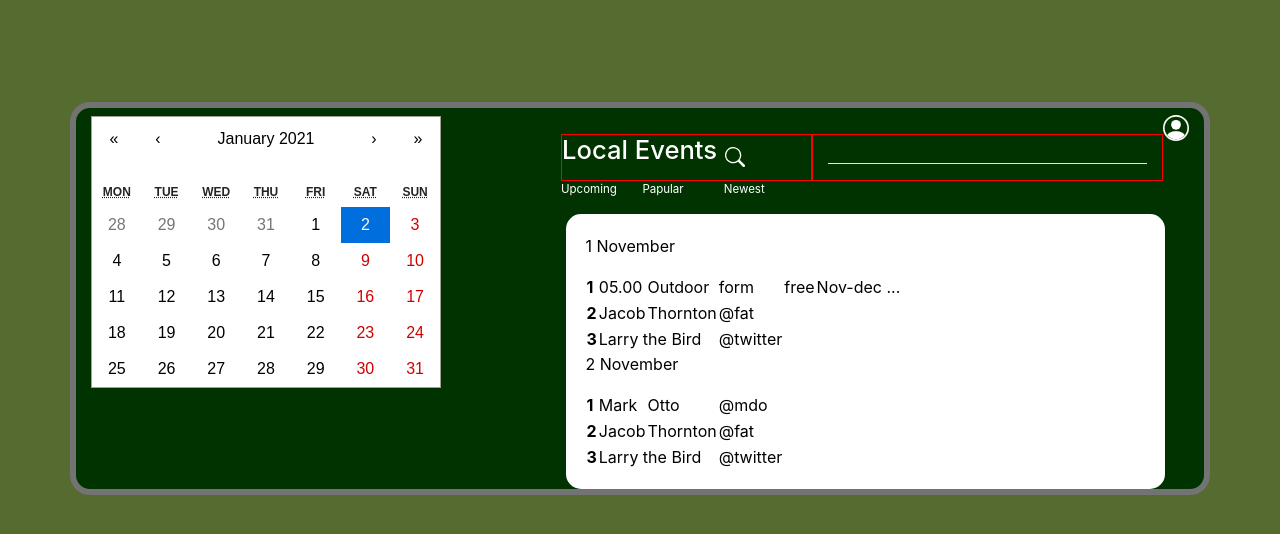
Repository: lalji-yadav/Calendar-code
Page: /
An editor plug-in stored every save of this project. The page is shown before and after the next save, followed by the edit.
The browser window is 1280 px wide. The pictures show the whole page.
The project was rebuilt for these pictures with package versions that can differ from the ones it lists, and the page was loaded fresh each time. Also part of the build but not shown: src/App.css.

Above is the page before, as saved 2021-01-04 10:50:24.

After the next save:
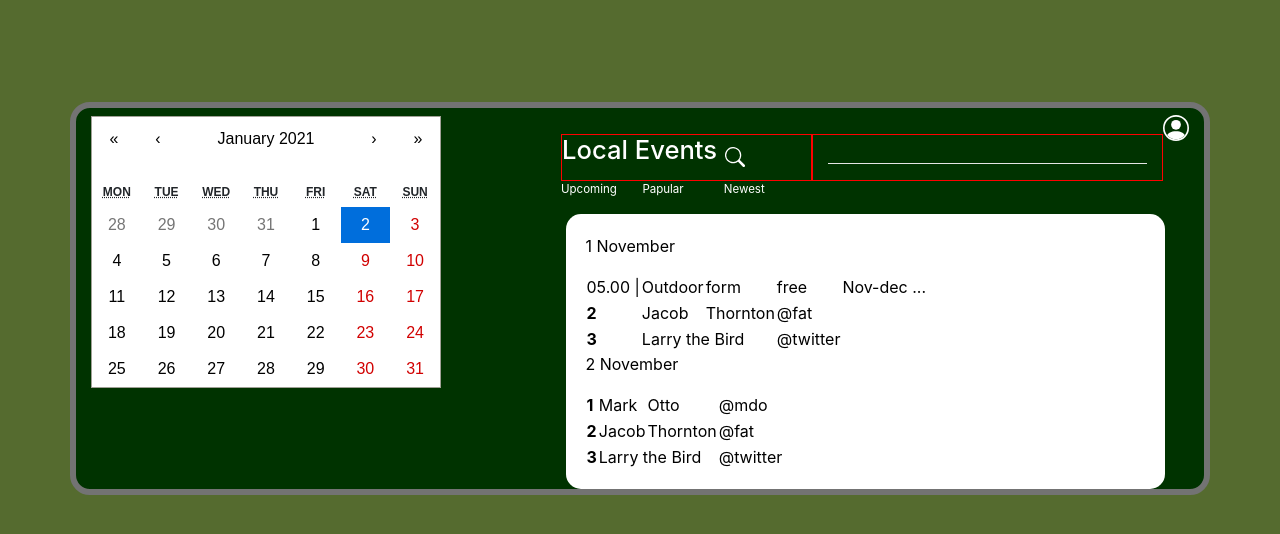
Saved 31 s later.
--- a/src/calendar/Home.js
+++ b/src/calendar/Home.js
@@ -59,8 +59,7 @@ function Home() {
 
                     <tbody>
                       <tr>
-                        <th scope="row">1</th>
-                        <td>05.00</td>
+                        <td>05.00 |</td>
                         <td>Outdoor</td>
                         <td>form</td>
                         <td>free</td>
